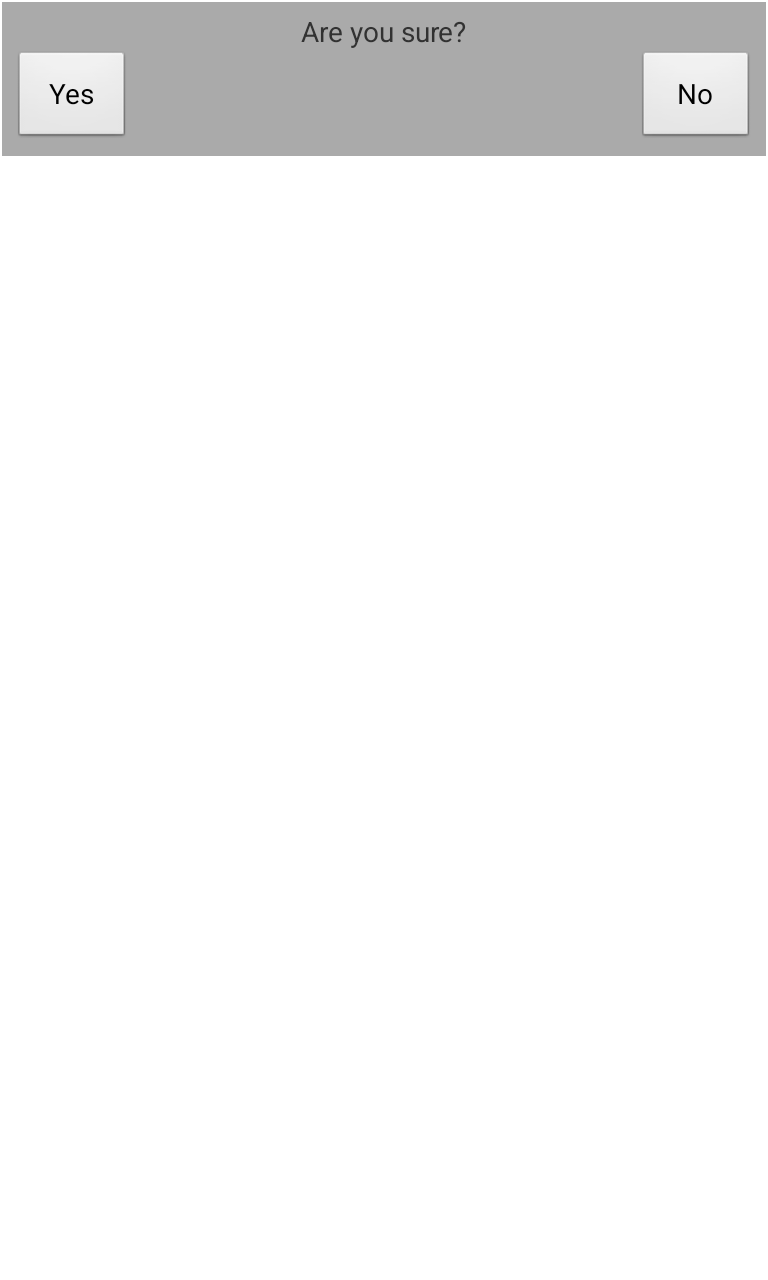
Repository: jwisch91/CS390-Project
Layout: workspace/testing/res/layout/confirmation_popup.xml
An editor plug-in stored every save of this project. The layout is shown before and after the next save, followed by the edit.
It is drawn on a 768 x 1280 px phone screen (xhdpi) without system bars, with theme android:Theme.Light; the app's code is not run.

Above is the layout before, as saved 2013-04-12 02:25:51.

### workspace/testing/res/layout/confirmation_popup.xml
<?xml version="1.0" encoding="utf-8"?>
<LinearLayout xmlns:android="http://schemas.android.com/apk/res/android"
    android:layout_width="140dp"
    android:layout_height="200dp"
    android:orientation="vertical"
    android:background="@android:color/background_light">
 <LinearLayout
     android:layout_width="wrap_content"
     android:layout_height="wrap_content"
     android:orientation="vertical"
     android:layout_margin="1dp"
     android:background="@android:color/darker_gray">

    <RelativeLayout
      android:layout_width="wrap_content"
      android:layout_height="wrap_content"
      android:orientation="vertical"
      android:layout_margin="5dp">

        <Button
            android:id="@+id/reregister_yes"
            android:layout_width="60dp"
            android:layout_height="wrap_content"
            android:layout_below="@+id/reregister_top"
            android:layout_alignParentLeft="true"
            android:layout_gravity="bottom"
            android:text="Yes" />

        <Button
            android:id="@+id/reregister_no"
            android:layout_width="60dp"
            android:layout_height="wrap_content"
            android:layout_below="@+id/reregister_top"
            android:layout_alignParentRight="true"
            android:layout_gravity="bottom"
            android:text="No" />

        <TextView
            android:id="@+id/reregister_top"
            android:layout_width="wrap_content"
            android:layout_height="wrap_content"
            android:layout_alignParentTop="true"
            android:layout_centerHorizontal="true"
            android:text="Are you sure?" />

    </RelativeLayout>
</LinearLayout>
</LinearLayout>

After the next save:
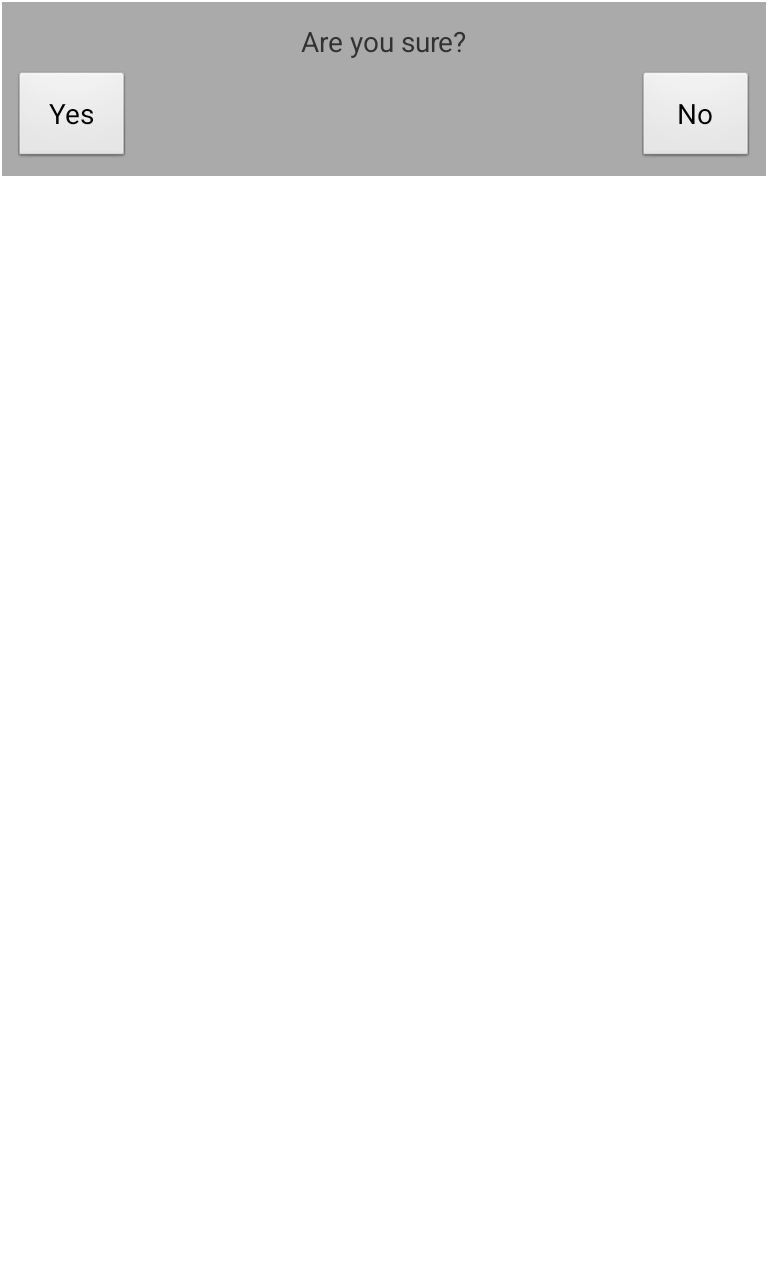
Saved 22 s later.
--- a/workspace/testing/res/layout/confirmation_popup.xml
+++ b/workspace/testing/res/layout/confirmation_popup.xml
@@ -41,7 +41,8 @@
             android:layout_height="wrap_content"
             android:layout_alignParentTop="true"
             android:layout_centerHorizontal="true"
-            android:text="Are you sure?" />
+            android:text="Are you sure?"
+            android:layout_margin="5dp" />
 
     </RelativeLayout>
 </LinearLayout>
